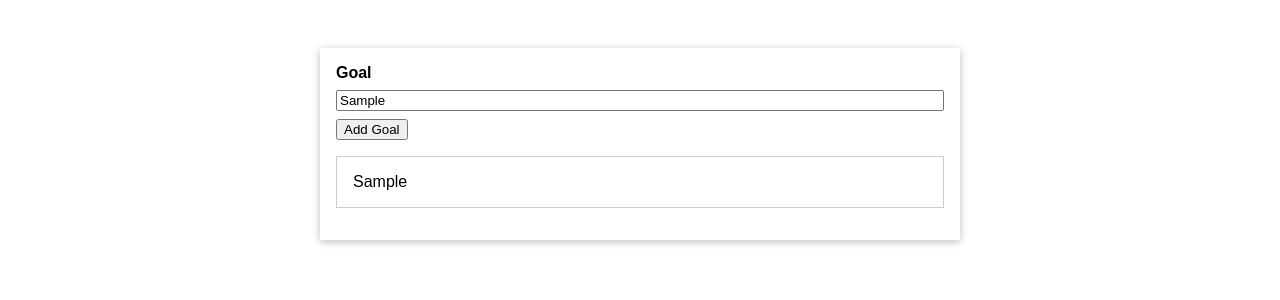
Repository: zmarkoni/Vue-The-Complete-Guide
Page: gs-01-starting-project/index.html
An editor plug-in stored every save of this project. The page is shown before and after the next save, followed by the edit.
The browser window is 1280 px wide. The pictures show the whole page.
Empty fields were first filled with sample values (such as "Sample", 5 or name@example.com).
After loading, the first visible `button` was clicked once.

Above is the page before, as saved 2020-12-28 22:46:32.

### gs-01-starting-project/index.html
<!DOCTYPE html>
<html lang="en">
  <head>
    <meta charset="UTF-8" />
    <meta name="viewport" content="width=device-width, initial-scale=1.0" />
    <title>A First App</title>
    <link rel="stylesheet" href="styles.css" />
  </head>
  <body>
    <div id="app">
      <div>
        <label for="goal">Goal</label>
        <input type="text" id="goal" />
        <button>Add Goal</button>
      </div>
      <ul>
      </ul>
    </div>
    <script src="app.js"></script>
  </body>
</html>

### gs-01-starting-project/app.js
const buttonEl = document.querySelector('button');
const inputEl = document.querySelector('input');
const listEl = document.querySelector('ul');


function addGoal() {
    const enteredValue = inputEl.value;
    const listItemEl = document.createElement('li');
    listItemEl.textContent = enteredValue;
    listEl.appendChild(listItemEl);
}

buttonEl.addEventListener('click', addGoal);

Loaded but not shown: gs-01-starting-project/styles.css (common file)

After the next save:
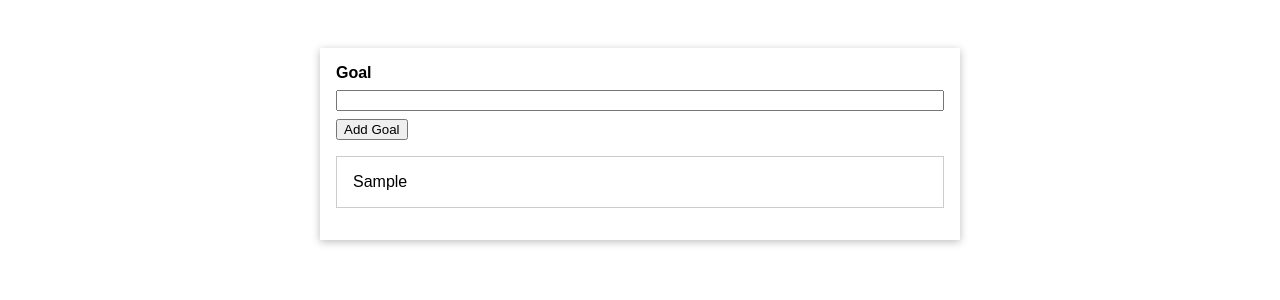
Saved 28 s later.
--- a/gs-01-starting-project/app.js
+++ b/gs-01-starting-project/app.js
@@ -8,6 +8,7 @@ function addGoal() {
     const listItemEl = document.createElement('li');
     listItemEl.textContent = enteredValue;
     listEl.appendChild(listItemEl);
+    inputEl.value = '';
 }
 
 buttonEl.addEventListener('click', addGoal);
